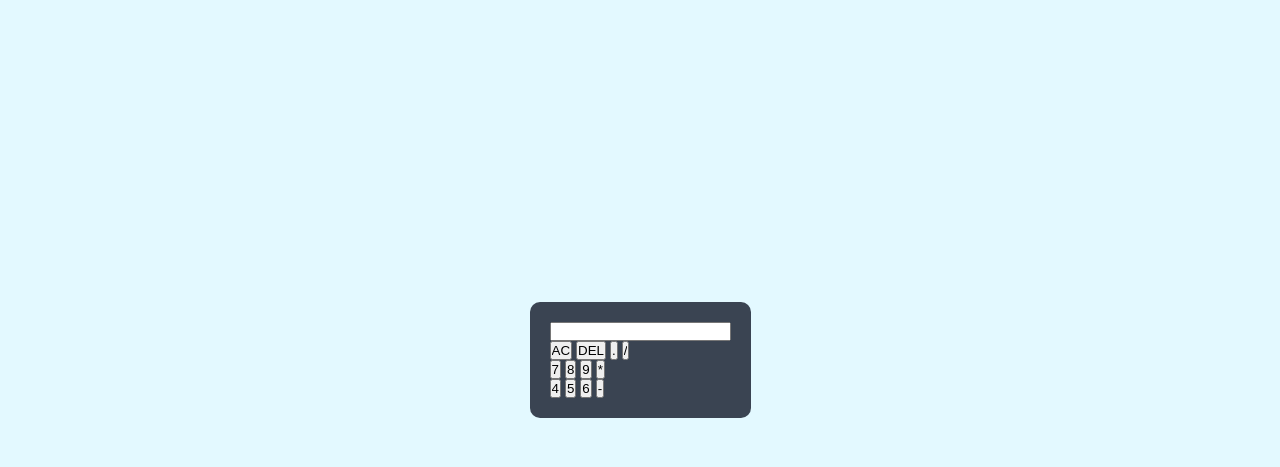
Repository: isaacCodes1/Calculator
Page: index.html
These files come from the project's save history. The page is drawn as it stood at one moment and after a run of saves; the edit follows.
The browser window is 1280 px wide. The pictures show the whole page.

Above is the page before, as saved 2024-04-01 18:16:17.

After the next 6 saves:
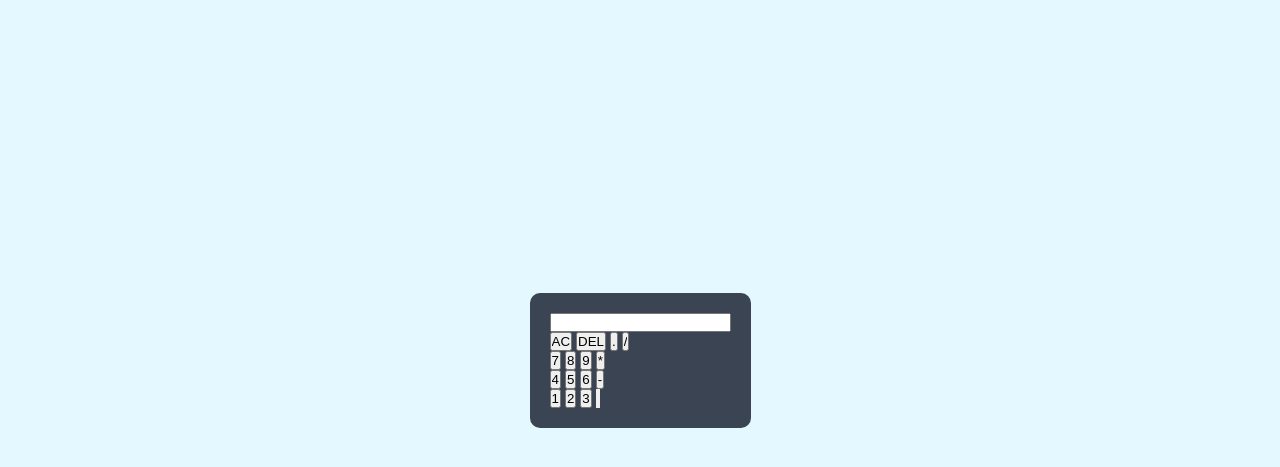
The 6 saves are shown as one change because they came seconds apart.
The last was saved 16 s later.
--- a/index.html
+++ b/index.html
@@ -31,6 +31,12 @@
             <input type="button" value="6" />
             <input type="button" value="-" />
           </div>
+          <div>
+            <input type="button" value="1" />
+            <input type="button" value="2" />
+            <input type="button" value="3" />
+            <input type="button" value="" />
+          </div>
         </form>
       </div>
     </div>
